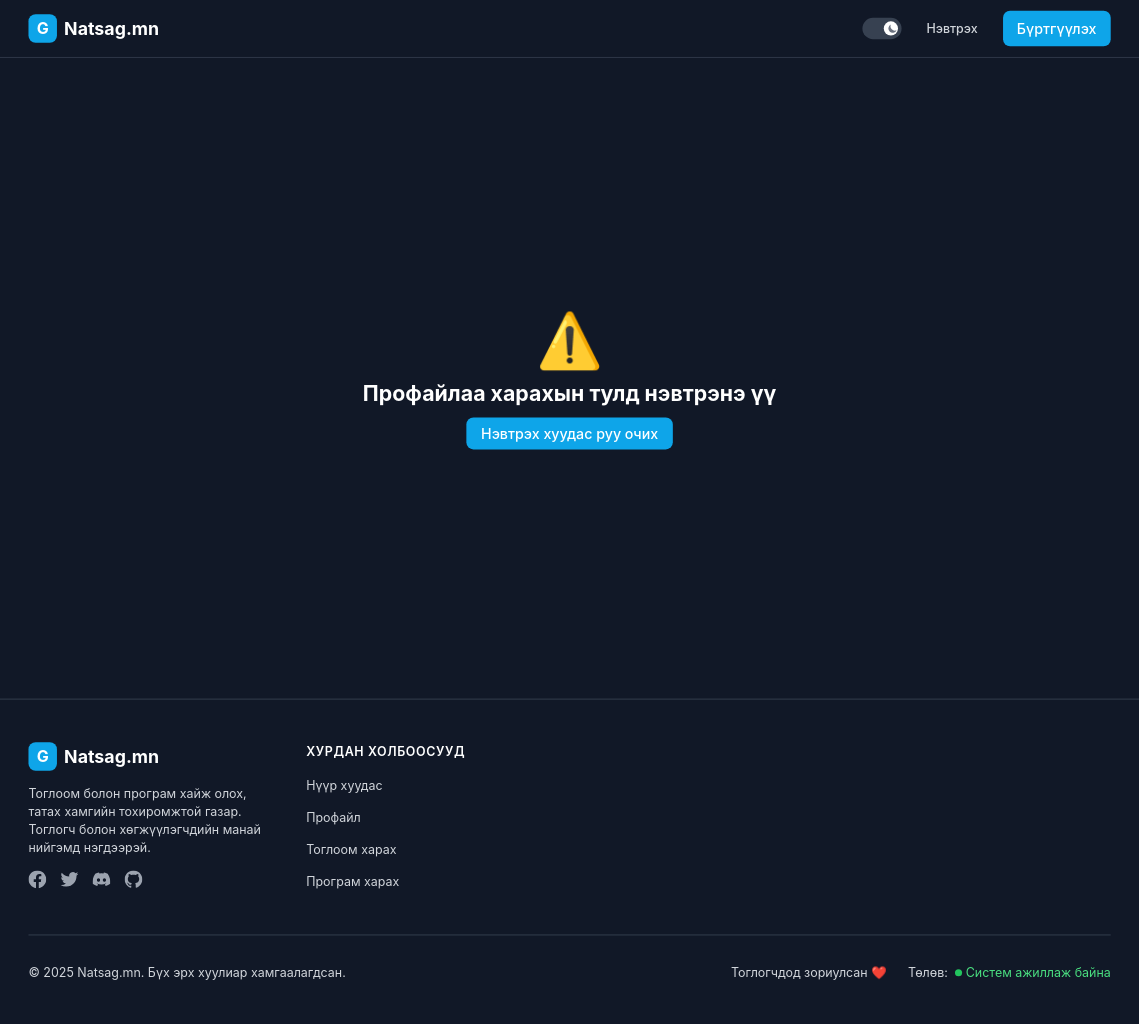
Repository: temuujinnn/file_server_frontend
Page: /profile
An editor plug-in stored every save of this project. The page is shown before and after the next save, followed by the edit.
The browser window is 1280 px wide. The pictures show the whole page, at 89% of full size.
The project was rebuilt for these pictures with package versions that can differ from the ones it lists, and the page was loaded fresh each time. Also part of the build but not shown: vite.config.js, vite.config.ts, src/components/TagSidebar.tsx, src/components/ProductCard.tsx, src/components/ProductGrid.tsx, src/components/ProductDetailModal.tsx, src/components/ViewToggle.tsx, src/pages/HomePage.tsx and 3 more.

Above is the page before, as saved 2025-09-28 17:11:35.

After the next save:
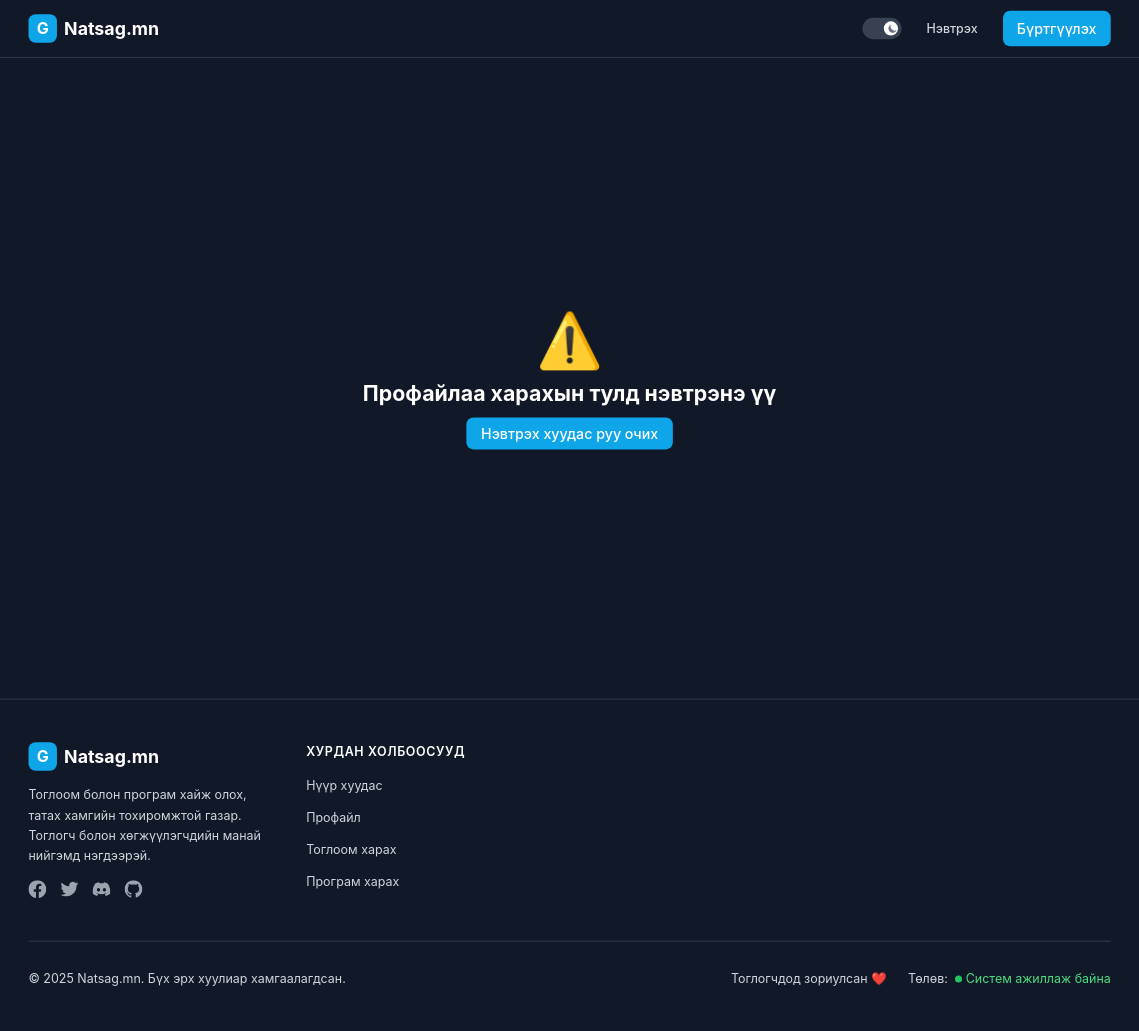
Saved 113 s later.
--- a/src/components/Footer.tsx
+++ b/src/components/Footer.tsx
@@ -6,10 +6,10 @@ const Footer: React.FC = () => {
 
   return (
     <footer className="bg-white dark:bg-gray-900 border-t border-gray-200 dark:border-gray-700 transition-colors duration-200">
-      <div className="max-w-7xl mx-auto px-4 sm:px-6 lg:px-8 py-12">
-        <div className="grid grid-cols-1 md:grid-cols-2 lg:grid-cols-4 gap-8">
+      <div className="max-w-7xl mx-auto px-4 sm:px-6 lg:px-8 py-8 sm:py-12">
+        <div className="grid grid-cols-1 sm:grid-cols-2 lg:grid-cols-4 gap-6 sm:gap-8">
           {/* Brand Section */}
-          <div className="lg:col-span-1">
+          <div className="sm:col-span-2 lg:col-span-1">
             <div className="flex items-center space-x-2 mb-4">
               <div className="w-8 h-8 bg-electric-blue-500 rounded-lg flex items-center justify-center">
                 <span className="text-white font-bold text-lg">G</span>
@@ -18,7 +18,7 @@ const Footer: React.FC = () => {
                 Natsag.mn
               </span>
             </div>
-            <p className="text-gray-600 dark:text-gray-300 text-sm mb-4">
+            <p className="text-gray-600 dark:text-gray-300 text-sm mb-4 leading-relaxed">
               Тоглоом болон програм хайж олох, татах хамгийн тохиромжтой газар.
               Тоглогч болон хөгжүүлэгчдийн манай нийгэмд нэгдээрэй.
             </p>
@@ -79,7 +79,7 @@ const Footer: React.FC = () => {
           </div>
 
           {/* Хурдан холбоосууд */}
-          <div>
+          <div className="sm:col-span-2 lg:col-span-1">
             <h3 className="text-sm font-semibold text-gray-900 dark:text-white uppercase tracking-wider mb-4">
               Хурдан холбоосууд
             </h3>
@@ -121,12 +121,12 @@ const Footer: React.FC = () => {
         </div>
 
         {/* Доод хэсэг */}
-        <div className="mt-12 pt-8 border-t border-gray-200 dark:border-gray-700">
-          <div className="flex flex-col md:flex-row justify-between items-center">
-            <div className="text-sm text-gray-600 dark:text-gray-300 mb-4 md:mb-0">
+        <div className="mt-8 sm:mt-12 pt-6 sm:pt-8 border-t border-gray-200 dark:border-gray-700">
+          <div className="flex flex-col sm:flex-row justify-between items-center gap-4">
+            <div className="text-sm text-gray-600 dark:text-gray-300 text-center sm:text-left">
               © {currentYear} Natsag.mn. Бүх эрх хуулиар хамгаалагдсан.
             </div>
-            <div className="flex items-center space-x-6 text-sm text-gray-600 dark:text-gray-300">
+            <div className="flex flex-col sm:flex-row items-center gap-2 sm:gap-6 text-sm text-gray-600 dark:text-gray-300">
               <span>Тоглогчдод зориулсан ❤️</span>
               <div className="flex items-center space-x-2">
                 <span>Төлөв:</span>
